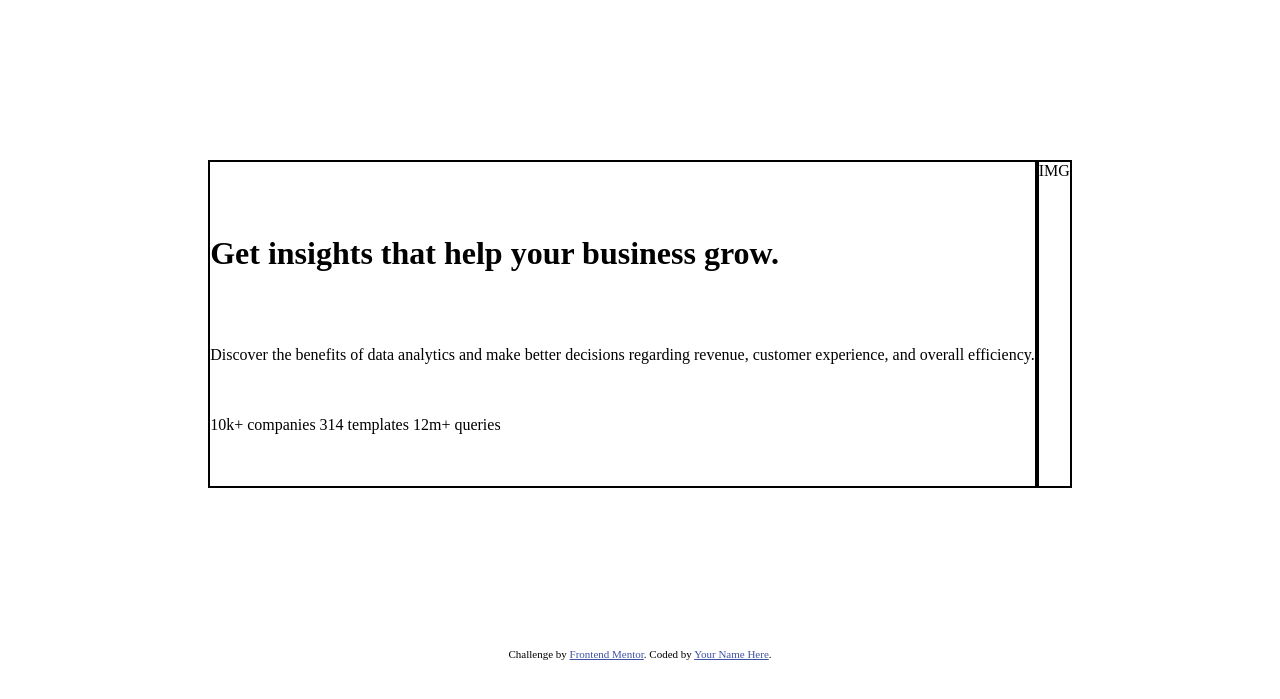
Repository: wasanmsn/Card_Challange
Page: index.html
The author's editor kept a copy of each file at every save. The page is drawn from the files as they stood at one save, then again after the next save.
The browser window is 1280 px wide. The pictures show the whole page.

Above is the page before, as saved 2021-07-21 15:54:01.

After the next save:
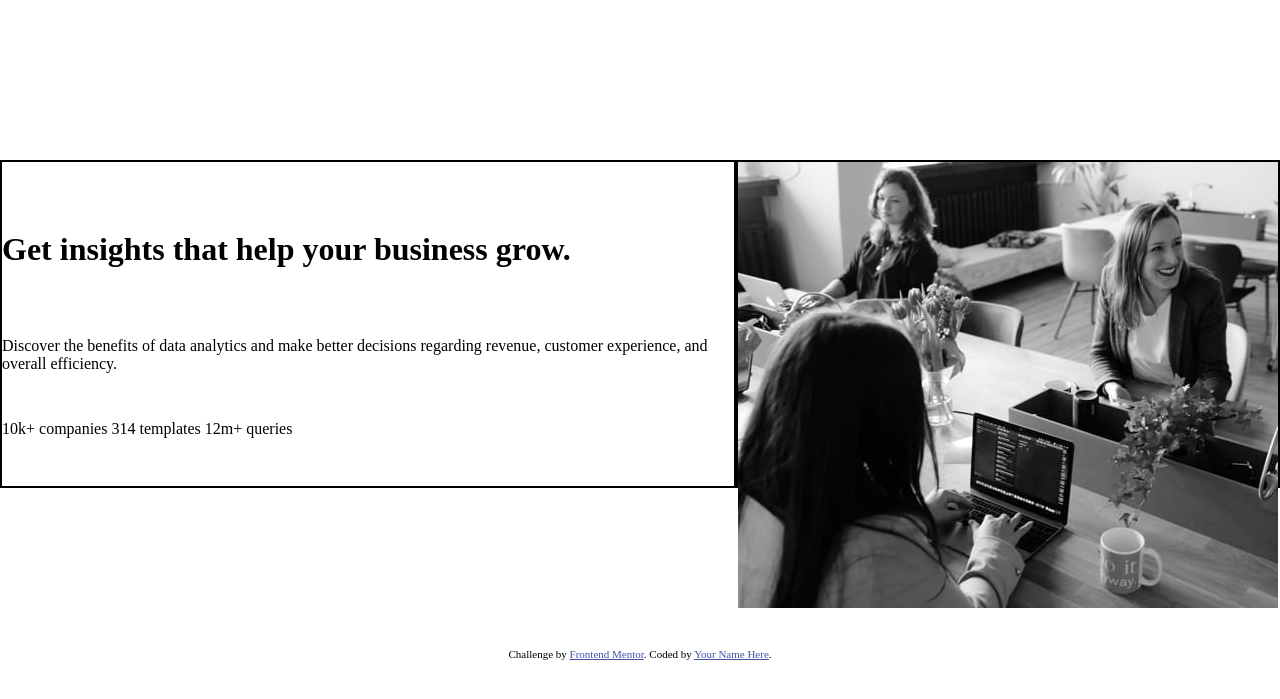
Saved 98 s later.
--- a/index.html
+++ b/index.html
@@ -41,7 +41,7 @@
       </div>
     </div>
       <div class="column2">
-    IMG
+        <image src="./images/image-header-desktop.jpg">
     </div>
   </div>
 
